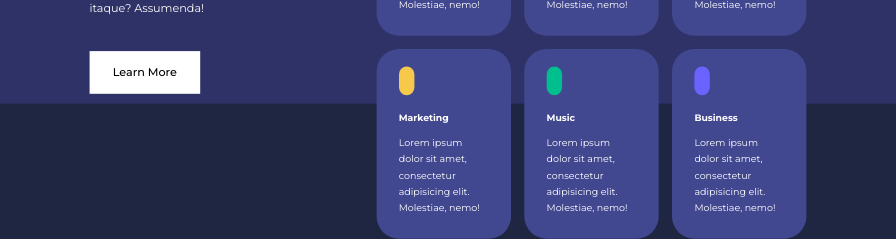
Repository: QUANGTHAI2003/education-web
Page: index.html
An editor plug-in stored every save of this project. The page is shown before and after the next save, followed by the edit.
The browser window is 1280 px wide. The pictures show the part of the page from y = 900 to 2820 px (the page is 1241 px tall before and 3410 px after), at 70% of full size.
Some icons come from a web library that is not loaded, so they are not drawn.

Above is the page before, as saved 2022-03-11 12:07:19.

After the next save:
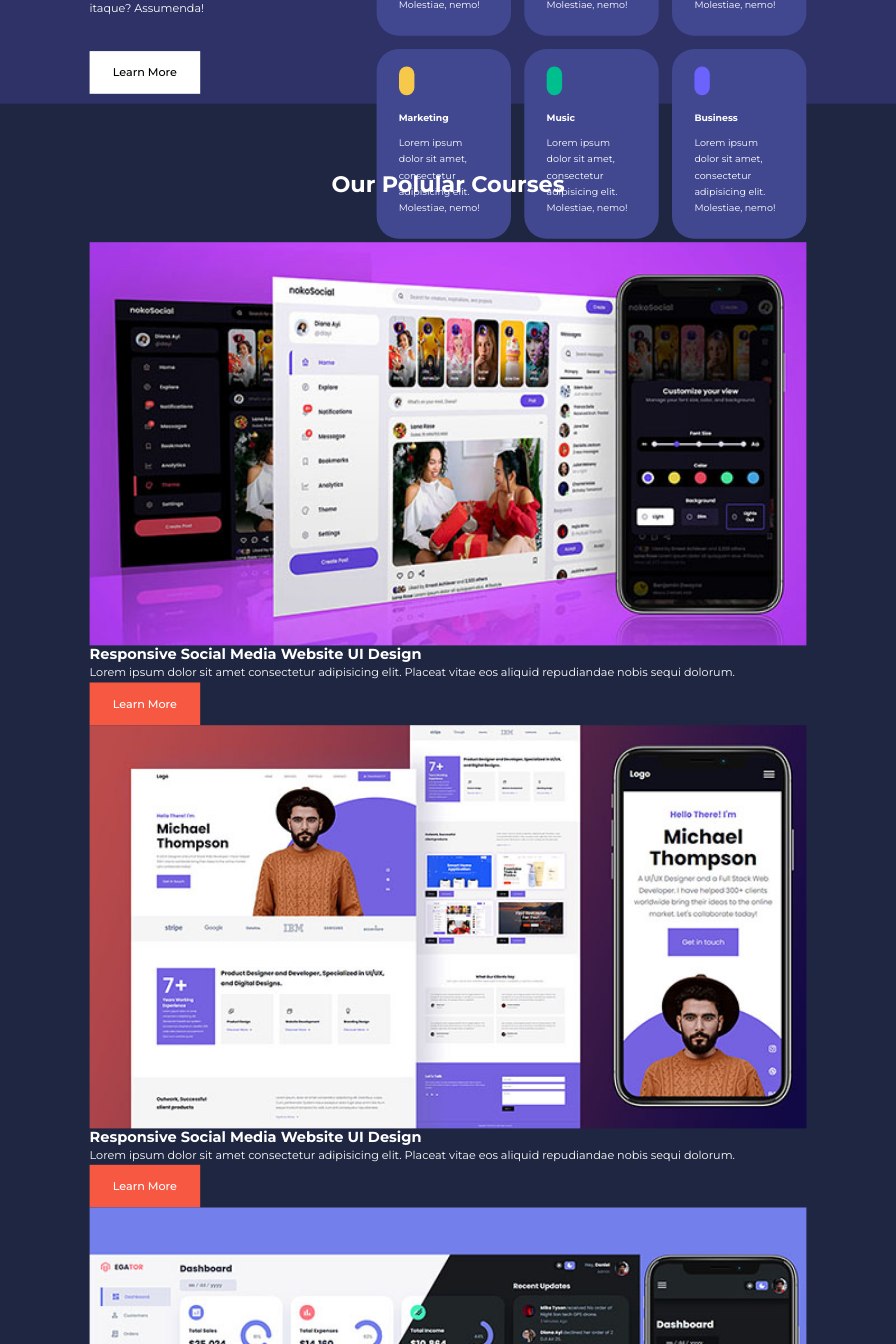
Saved 2 h 28 min later.
--- a/index.html
+++ b/index.html
@@ -138,6 +138,44 @@
             </div>
         </section>
         <!-- END OF CATEGORIES -->
+        <section class="courses">
+            <h2>Our Polular Courses</h2>
+            <div class="container courses__container">
+                <article class="course">
+                    <div class="course__image">
+                        <img src="./images/course1.jpg" />
+                    </div>
+                    <h4>Responsive Social Media Website UI Design</h4>
+                    <p>
+                        Lorem ipsum dolor sit amet consectetur adipisicing elit. Placeat vitae eos
+                        aliquid repudiandae nobis sequi dolorum.
+                    </p>
+                    <a href="courses.html" class="btn btn-primary">Learn More</a>
+                </article>
+                <article class="course">
+                    <div class="course__image">
+                        <img src="./images/course2.jpg" />
+                    </div>
+                    <h4>Responsive Social Media Website UI Design</h4>
+                    <p>
+                        Lorem ipsum dolor sit amet consectetur adipisicing elit. Placeat vitae eos
+                        aliquid repudiandae nobis sequi dolorum.
+                    </p>
+                    <a href="courses.html" class="btn btn-primary">Learn More</a>
+                </article>
+                <article class="course">
+                    <div class="course__image">
+                        <img src="./images/course3.jpg" />
+                    </div>
+                    <h4>Responsive Social Media Website UI Design</h4>
+                    <p>
+                        Lorem ipsum dolor sit amet consectetur adipisicing elit. Placeat vitae eos
+                        aliquid repudiandae nobis sequi dolorum.
+                    </p>
+                    <a href="courses.html" class="btn btn-primary">Learn More</a>
+                </article>
+            </div>
+        </section>
         <script src="./app.js"></script>
     </body>
 </html>
